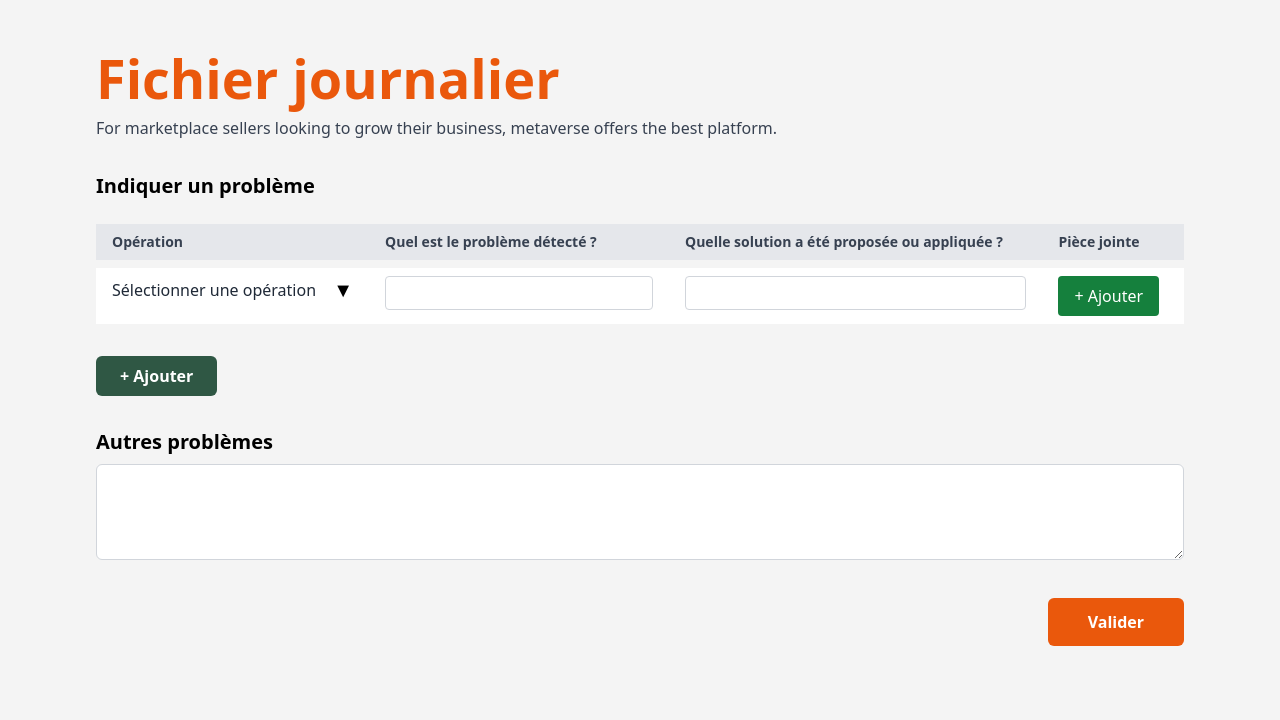
Repository: 123455675848484848484884848484/Projet_2cs
Page: /file (app in front/)
These files come from the project's save history. The page is drawn as it stood at one moment and after the next save; the edit follows.
The browser window is 1280 px wide. The pictures show the whole page.
The project was rebuilt for these pictures with package versions that can differ from the ones it lists, and the page was loaded fresh each time. Also part of the build but not shown: front/src/App.css, front/src/LancerPuit.jsx, front/src/InformationPuit.jsx, front/src/Login.jsx, front/src/MesPuits.jsx, front/src/PhasesPrevision.jsx, front/src/OperationsPrevision.jsx.

Above is the page before, as saved 2025-04-24 11:38:37.

### front/src/App.jsx
import './App.css';
import React from "react";
import LancerPuit from './LancerPuit';
import InformationPuit from './InformationPuit';
import { BrowserRouter as Router, Routes, Route } from "react-router-dom";
import Login from './Login';
import MesPuits from './MesPuits';
import PhasesPrevision from './PhasesPrevision';
import OperationsPrevision from "./OperationsPrevision";
import FichierJournalier from './FichierJournalier';

function App() {
  return (
   <Router>
   <Routes>
     <Route path="/" element={<LancerPuit />} />
     <Route path="/info-puit" element={<InformationPuit />} />
     <Route path="/mespuits" element={<MesPuits />} />
     <Route path="/phasepre" element={<PhasesPrevision />} />
     <Route path="/operations" element={<OperationsPrevision />} />
     <Route path="/login" element={<Login />} />
     <Route path="/file" element={<FichierJournalier />} />

  </Routes>
    </Router>

  );
}

export default App;

### front/src/FichierJournalier.jsx
import React, { useState } from "react";

const FichierJournalier = () => {
  const [problems, setProblems] = useState([
    { operation: [], probleme: "", solution: "", file: null },
  ]);
  const [autresProblemes, setAutresProblemes] = useState("");
  const [selectedFiles, setSelectedFiles] = useState([]);
  const [openRows, setOpenRows] = useState([false]);

  const handleChange = (index, field, value) => {
    const updated = [...problems];
    updated[index][field] = value;
    setProblems(updated);
  };

  const handleFileUpload = (index, file) => {
    const updated = [...problems];
    updated[index].file = file;
    setProblems(updated);
  };

  const handleAddRow = () => {
    setProblems([...problems, { operation: [], probleme: "", solution: "", file: null }]);
    setOpenRows([...openRows, false]);
  };

  const handleSubmit = () => {
    console.log("Problèmes:", problems);
    console.log("Autres:", autresProblemes);
  };

  const operationsGroups = [
    {
      label: "Preparation & Infrastructure",
      items: ["Civil Work", "Water Supply", "Environmental", "Supervision"],
    },
    {
      label: "Logging, Completion & Post-Drill",
      items: ["Coring", "Mud Logging", "Wire Line Logging", "Completion", "Fracturation"],
    },
    {
      label: "Drilling Operations & Equipment",
      items: [
        "Drilling Mud",
        "Cementing",
        "Well Head",
        "Csg, Tubing, Liner",
        "DHT, Csg access, run Casing",
        "Drilling Bits",
      ],
    },
    {
      label: "Non principales",
      items: ["Transport", "Security", "Telecom", "Rig Move", "Drilling", "DST"],
    },
  ];

  return (
    <div className="min-h-screen px-24 py-12 bg-[#f4f4f4]">
      <h1 className="text-[54px] font-bold text-orange-600 leading-[60px] mb-2">
        Fichier journalier
      </h1>
      <p className="text-gray-700 mb-8">
        For marketplace sellers looking to grow their business, metaverse offers the best platform.
      </p>

      <h2 className="text-xl font-semibold mb-4">Indiquer un problème</h2>
      <div className="overflow-x-auto mb-6">
        <table className="w-full text-left border-separate border-spacing-y-2">
          <thead>
            <tr className="bg-gray-200 text-sm text-gray-700">
              <th className="px-4 py-2">Opération</th>
              <th className="px-4 py-2">Quel est le problème détecté ?</th>
              <th className="px-4 py-2">Quelle solution a été proposée ou appliquée ?</th>
              <th className="px-4 py-2">Pièce jointe</th>
            </tr>
          </thead>
          <tbody>
            {problems.map((row, index) => (
              <tr key={index} className="bg-white rounded-md">
                <td className="px-4 py-2 align-top">
                  <div className="flex items-center justify-between cursor-pointer" onClick={() => {
                    const newOpenRows = [...openRows];
                    newOpenRows[index] = !newOpenRows[index];
                    setOpenRows(newOpenRows);
                  }}>
                    <span className="text-gray-800">
                      {row.operation.length > 0 ? row.operation.join(", ") : "Sélectionner une opération"}
                    </span>
                    <span className="text-xl">{openRows[index] ? "▲" : "▼"}</span>
                  </div>

                  {openRows[index] && (
                    <div className="grid grid-cols-4 gap-6 mt-4">
                      {operationsGroups.map((group) => (
                        <div key={group.label}>
                          <h4 className="text-xs text-orange-600 font-semibold mb-2">
                            {group.label}
                          </h4>
                          {group.items.map((item) => (
                            <label key={item} className="block text-sm text-gray-800">
                              <input
                                type="radio"
                                name={`operation-${index}`}
                                value={item}
                                checked={row.operation.includes(item)}
                                onChange={() => handleChange(index, "operation", [item])}
                                className="mr-2"
                              />
                              {item}
                            </label>
                          ))}
                        </div>
                      ))}
                    </div>
                  )}
                </td>
                <td className="px-4 py-2 align-top">
                  <input
                    type="text"
                    value={row.probleme}
                    onChange={(e) => handleChange(index, "probleme", e.target.value)}
                    className="w-full border border-gray-300 rounded px-2 py-1 focus:outline-none focus:ring-0 focus:border-orange-500"
                  />
                </td>
                <td className="px-4 py-2 align-top">
                  <input
                    type="text"
                    value={row.solution}
                    onChange={(e) => handleChange(index, "solution", e.target.value)}
                    className="w-full border border-gray-300 rounded px-2 py-1 focus:outline-none focus:ring-0 focus:border-orange-500"
                  />
                </td>
                <td className="px-4 py-2 align-top">
                  <label className="bg-green-700 text-white rounded px-4 py-2 cursor-pointer inline-block">
                    + Ajouter
                    <input
                      type="file"
                      onChange={(e) => handleFileUpload(index, e.target.files[0])}
                      className="hidden"
                    />
                  </label>
                  {row.file && (
                    <p className="mt-2 text-sm text-green-700">{row.file.name}</p>
                  )}
                </td>
              </tr>
            ))}
          </tbody>
        </table>
      </div>

      <button
        onClick={handleAddRow}
        className="bg-[#2f5744] text-white font-semibold px-6 py-2 rounded-md mb-8"
      >
        + Ajouter
      </button>

      <h2 className="text-xl font-semibold mb-2">Autres problèmes</h2>
      <textarea
        className="w-full h-24 border border-gray-300 rounded-md p-3 mb-8 focus:outline-none focus:ring-0 focus:border-orange-500"
        placeholder=""
        value={autresProblemes}
        onChange={(e) => setAutresProblemes(e.target.value)}
      ></textarea>

      <div className="flex justify-end">
        <button
          onClick={handleSubmit}
          className="bg-orange-600 hover:bg-orange-700 text-white font-semibold text-[16px] px-10 py-3 rounded-md"
        >
          Valider
        </button>
      </div>
    </div>
  );
};

export default FichierJournalier;

Loaded but not shown: front/public/index.html (common file); front/src/index.js (common file); front/src/index.css (common file); front/src/reportWebVitals.js (common file); front/tailwind.config.js (common file)

After the next save:
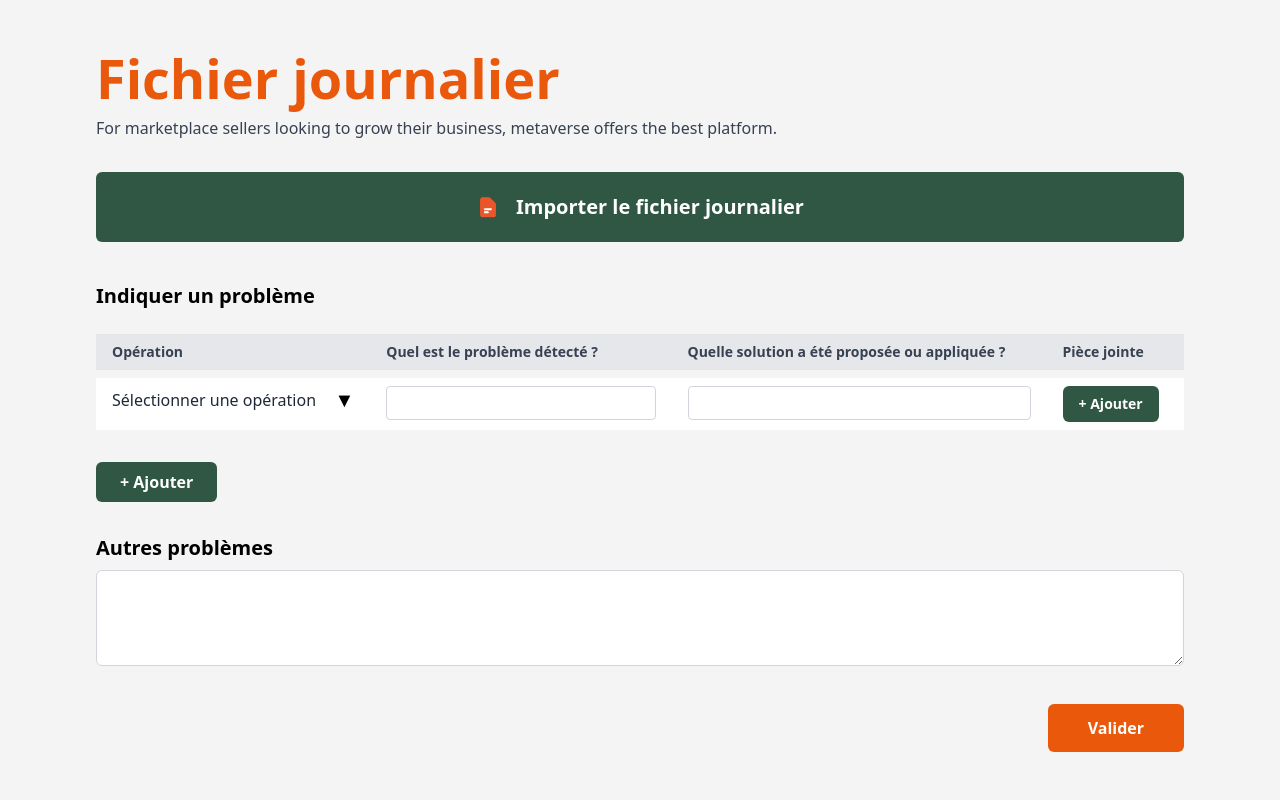
Saved 75 s later.
--- a/front/src/FichierJournalier.jsx
+++ b/front/src/FichierJournalier.jsx
@@ -14,12 +14,6 @@ const FichierJournalier = () => {
     setProblems(updated);
   };
 
-  const handleFileUpload = (index, file) => {
-    const updated = [...problems];
-    updated[index].file = file;
-    setProblems(updated);
-  };
-
   const handleAddRow = () => {
     setProblems([...problems, { operation: [], probleme: "", solution: "", file: null }]);
     setOpenRows([...openRows, false]);
@@ -30,6 +24,12 @@ const FichierJournalier = () => {
     console.log("Autres:", autresProblemes);
   };
 
+  const handleFileUpload = (index, file) => {
+    const updated = [...problems];
+    updated[index].file = file;
+    setProblems(updated);
+  };
+
   const operationsGroups = [
     {
       label: "Preparation & Infrastructure",
@@ -37,7 +37,13 @@ const FichierJournalier = () => {
     },
     {
       label: "Logging, Completion & Post-Drill",
-      items: ["Coring", "Mud Logging", "Wire Line Logging", "Completion", "Fracturation"],
+      items: [
+        "Coring",
+        "Mud Logging",
+        "Wire Line Logging",
+        "Completion",
+        "Fracturation",
+      ],
     },
     {
       label: "Drilling Operations & Equipment",
@@ -65,6 +71,12 @@ const FichierJournalier = () => {
         For marketplace sellers looking to grow their business, metaverse offers the best platform.
       </p>
 
+      <label className="bg-[#2f5744] cursor-pointer text-white text-center text-[20px] font-semibold py-5 rounded-md flex justify-center items-center gap-4 mb-10">
+        <img src="/file.png" alt="icon" className="w-6 h-6" />
+        Importer le fichier journalier
+        <input type="file" className="hidden" onChange={(e) => setSelectedFiles([...selectedFiles, e.target.files[0]])} />
+      </label>
+
       <h2 className="text-xl font-semibold mb-4">Indiquer un problème</h2>
       <div className="overflow-x-auto mb-6">
         <table className="w-full text-left border-separate border-spacing-y-2">
@@ -80,17 +92,19 @@ const FichierJournalier = () => {
             {problems.map((row, index) => (
               <tr key={index} className="bg-white rounded-md">
                 <td className="px-4 py-2 align-top">
-                  <div className="flex items-center justify-between cursor-pointer" onClick={() => {
-                    const newOpenRows = [...openRows];
-                    newOpenRows[index] = !newOpenRows[index];
-                    setOpenRows(newOpenRows);
-                  }}>
+                  <div
+                    className="flex items-center justify-between cursor-pointer"
+                    onClick={() => {
+                      const newOpenRows = [...openRows];
+                      newOpenRows[index] = !newOpenRows[index];
+                      setOpenRows(newOpenRows);
+                    }}
+                  >
                     <span className="text-gray-800">
-                      {row.operation.length > 0 ? row.operation.join(", ") : "Sélectionner une opération"}
+                      {row.operation.length > 0 ? row.operation[0] : "Sélectionner une opération"}
                     </span>
                     <span className="text-xl">{openRows[index] ? "▲" : "▼"}</span>
                   </div>
-
                   {openRows[index] && (
                     <div className="grid grid-cols-4 gap-6 mt-4">
                       {operationsGroups.map((group) => (
@@ -105,7 +119,7 @@ const FichierJournalier = () => {
                                 name={`operation-${index}`}
                                 value={item}
                                 checked={row.operation.includes(item)}
-                                onChange={() => handleChange(index, "operation", [item])}
+                                onChange={(e) => handleChange(index, "operation", [e.target.value])}
                                 className="mr-2"
                               />
                               {item}
@@ -121,7 +135,7 @@ const FichierJournalier = () => {
                     type="text"
                     value={row.probleme}
                     onChange={(e) => handleChange(index, "probleme", e.target.value)}
-                    className="w-full border border-gray-300 rounded px-2 py-1 focus:outline-none focus:ring-0 focus:border-orange-500"
+                    className="w-full border border-gray-300 rounded px-2 py-1 focus:outline-none focus:ring-0 focus:border-orange-600 focus:text-orange-600"
                   />
                 </td>
                 <td className="px-4 py-2 align-top">
@@ -129,21 +143,19 @@ const FichierJournalier = () => {
                     type="text"
                     value={row.solution}
                     onChange={(e) => handleChange(index, "solution", e.target.value)}
-                    className="w-full border border-gray-300 rounded px-2 py-1 focus:outline-none focus:ring-0 focus:border-orange-500"
+                    className="w-full border border-gray-300 rounded px-2 py-1 focus:outline-none focus:ring-0 focus:border-orange-600 focus:text-orange-600"
                   />
                 </td>
                 <td className="px-4 py-2 align-top">
-                  <label className="bg-green-700 text-white rounded px-4 py-2 cursor-pointer inline-block">
+                  <label className="cursor-pointer bg-[#2f5744] text-white px-4 py-2 rounded-md text-sm font-semibold inline-block">
                     + Ajouter
                     <input
                       type="file"
+                      className="hidden"
                       onChange={(e) => handleFileUpload(index, e.target.files[0])}
-                      className="hidden"
                     />
                   </label>
-                  {row.file && (
-                    <p className="mt-2 text-sm text-green-700">{row.file.name}</p>
-                  )}
+                  {row.file && <p className="mt-1 text-sm text-gray-700">{row.file.name}</p>}
                 </td>
               </tr>
             ))}
@@ -160,7 +172,7 @@ const FichierJournalier = () => {
 
       <h2 className="text-xl font-semibold mb-2">Autres problèmes</h2>
       <textarea
-        className="w-full h-24 border border-gray-300 rounded-md p-3 mb-8 focus:outline-none focus:ring-0 focus:border-orange-500"
+        className="w-full h-24 border border-gray-300 rounded-md p-3 mb-8 focus:outline-none focus:ring-0 focus:border-orange-600 focus:text-orange-600"
         placeholder=""
         value={autresProblemes}
         onChange={(e) => setAutresProblemes(e.target.value)}
